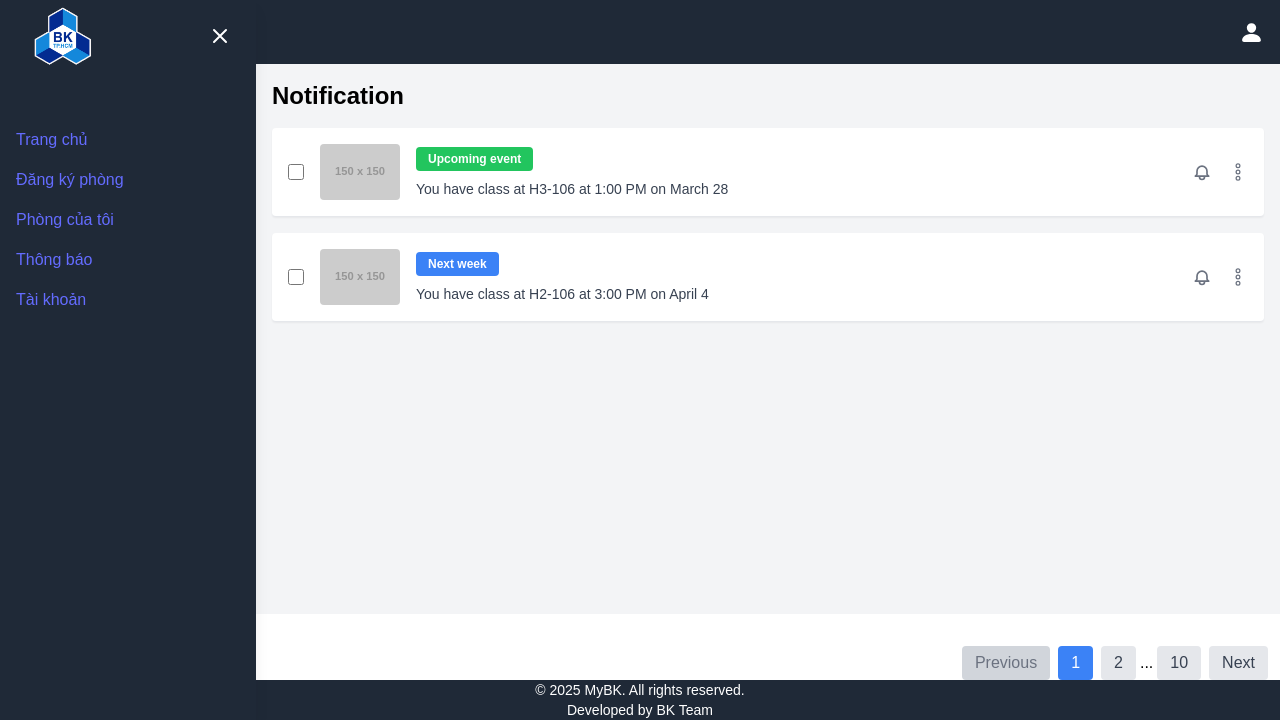
Repository: CNPM-S3MRS/frontend-web
Page: /notification
An editor plug-in stored every save of this project. The page is shown before and after the next save, followed by the edit.
The browser window is 1280 px wide. The pictures show the whole page.
The project was rebuilt for these pictures with package versions that can differ from the ones it lists, and the page was loaded fresh each time. Also part of the build but not shown: vite.config.js, src/pages/auth/Login.jsx.

Above is the page before, as saved 2025-04-09 03:20:27.

### src/App.jsx
import { BrowserRouter as Router, Routes, Route } from 'react-router-dom';
import Login from '@/pages/auth/Login';
import Notification from './pages/notification/notification';

function App() {
  return (
    <Router>
      <Routes>
        <Route path="/login" element={<Login />} />
        <Route path="/notification" element={<Notification />} /> {/* Add this route */}
        <Route path="/" element={<div>Trang chủ</div>} />
      </Routes>
    </Router>
  );
}

export default App;

### src/index.css
@tailwind base;
@tailwind components;
@tailwind utilities;


:root {
  font-family: system-ui, Avenir, Helvetica, Arial, sans-serif;
  line-height: 1.5;
  font-weight: 400;

  color-scheme: light dark;
  color: rgba(255, 255, 255, 0.87);
  background-color: #242424;

  font-synthesis: none;
  text-rendering: optimizeLegibility;
  -webkit-font-smoothing: antialiased;
  -moz-osx-font-smoothing: grayscale;
}

a {
  font-weight: 500;
  color: #646cff;
  text-decoration: inherit;
}
a:hover {
  color: #535bf2;
}

/* body {
  margin: 0;
  display: flex;
  place-items: center;
  min-width: 320px;
  min-height: 100vh;
} */

h1 {
  font-size: 3.2em;
  line-height: 1.1;
}

.header-button {
  background: none;
  border: none;
  color: inherit;
  cursor: pointer;
  padding: 0;
  display: inline-flex;
  align-items: center;
  justify-content: center;
}


.sidebar-button {
  background: none;
  border: none;
  color: inherit;
  cursor: pointer;
  padding: 0.5rem;
  display: inline-flex;
  align-items: center;
  justify-content: center;
}

.pagination {
  background-color: none;
}

button {
  border-radius: 8px;
  border: 1px solid transparent;
  padding: 0.6em 1.2em;
  font-size: 1em;
  font-weight: 500;
  font-family: inherit;
  background-color: #1a1a1a;
  cursor: pointer;
  transition: border-color 0.25s;
}
button:hover {
  border-color: #646cff;
}
button:focus,
button:focus-visible {
  outline: 4px auto -webkit-focus-ring-color;
}
h1 {
  font-size: 1.5rem;
  font-weight: bold;
  margin-bottom: 1rem;
}
body {
  font-family: Arial, sans-serif;
  background-color: #ffffff;
  color: #000000;
}

input[type="checkbox"] {
  width: 1rem;
  height: 1rem;
}

@media (prefers-color-scheme: light) {
  :root {
    color: #213547;
    background-color: #ffffff;
  }
  a:hover {
    color: #747bff;
  }
  button {
    background-color: #f9f9f9;
  }
}

### src/pages/notification/notification.jsx
import React, { useState } from "react";
import Sidebar from "../../components/bars/Sidebar";
import NotificationCard from "../../components/card/NotificationCard";
import Header from "../../components/header/Header";
import Footer from "../../components/footer/Footer";
import Pagination from "../../components/pagination/Pagination";

const Notification = () => {
  const [isSidebarOpen, setIsSidebarOpen] = useState(true); // Sidebar is visible by default
  const [currentPage, setCurrentPage] = useState(1);

  return (
    <div className="flex flex-col h-screen">
      {/* Header */}
      <Header isSidebarOpen={isSidebarOpen} setIsSidebarOpen={setIsSidebarOpen} />

      <div className="flex flex-grow">
        {/* Sidebar */}
        <Sidebar isSidebarOpen={isSidebarOpen} setIsSidebarOpen={setIsSidebarOpen} />

        {/* Main Content */}
        <div
          className={`flex-grow p-4 bg-gray-100 transition-all duration-300 ${
            isSidebarOpen ? "ml-64" : "ml-0"
          }`}
        >
          <h1 className="text-2xl font-bold mb-4">Notification</h1>

          {/* Example Notification Cards */}
          <NotificationCard
            image="https://via.placeholder.com/150"
            status="Upcoming event"
            statusColor="green"
            message="You have class at H3-106 at 1:00 PM on March 28"
          />
          <NotificationCard
            image="https://via.placeholder.com/150"
            status="Next week"
            statusColor="blue"
            message="You have class at H2-106 at 3:00 PM on April 4"
          />
        </div>
      </div>
      {/* Pagination */}
      <div className="flex justify-end px-2 mt-4">
          <Pagination
            currentPage={currentPage}
            totalPages={10}
            onPageChange={(page) => setCurrentPage(page)}
          />
      </div>
      {/* Footer */}
      <Footer />
    </div>
  );
};

export default Notification;

### src/components/bars/Sidebar.jsx
import React from "react";
import { NavLink } from "react-router-dom";
import LogoBK from "../../assets/LogoBK.jpg"; // Adjust the path as necessary
const Sidebar = ({ isSidebarOpen, setIsSidebarOpen }) => {
  return (
    <div
      className={`fixed inset-y-0 left-0 w-64 bg-gray-800 text-white shadow-lg z-50 transform ${
        isSidebarOpen ? "translate-x-0" : "-translate-x-full"
      } transition-transform duration-300`}
    >
      <div className="flex items-center content-center">
        <img src={LogoBK} alt="Logo" className="w-17 h-20 object-contain" />
      </div>
      {/* Close Button */}
      <button
        onClick={() => setIsSidebarOpen(false)}
        className="sidebar-button absolute top-4 right-4 text-white focus:outline-none"
        aria-label="Close Sidebar"
      >
        <svg
          xmlns="http://www.w3.org/2000/svg"
          width="24"
          height="24"
          fill="none"
          viewBox="0 0 24 24"
          stroke="currentColor"
        >
          <path
            strokeLinecap="round"
            strokeLinejoin="round"
            strokeWidth={2}
            d="M6 18L18 6M6 6l12 12"
          />
        </svg>
      </button>

      {/* Sidebar Links */}
      <ul className="mt-8 space-y-4 p-4">
        <li>
          <NavLink to="/" className="hover:text-gray-400">
            Trang chủ
          </NavLink>
        </li>
        <li>
          <NavLink to="/register-room" className="hover:text-gray-400">
            Đăng ký phòng
          </NavLink>
        </li>
        <li>
          <NavLink to="/my-rooms" className="hover:text-gray-400">
            Phòng của tôi
          </NavLink>
        </li>
        <li>
          <NavLink to="/notification" className="hover:text-gray-400">
            Thông báo
          </NavLink>
        </li>
        <li>
          <NavLink to="/account" className="hover:text-gray-400">
            Tài khoản
          </NavLink>
        </li>
      </ul>
    </div>
  );
};

export default Sidebar;

### src/components/card/NotificationCard.jsx
import React from "react";

const NotificationCard = ({ image, status, statusColor, message }) => {
  const statusColorClass = {
    green: "bg-green-500",
    blue: "bg-blue-500",
    red: "bg-red-500",
  };
  return (
    <div className="flex items-center justify-between w-full p-4 border-b bg-white shadow-sm rounded mb-4">
      {/* Left Section */}
      <div className="flex items-center space-x-4">
        {/* Checkbox */}
        <input type="checkbox" className="w-4 h-4" />

        {/* Image */}
        <img
          src={image}
          alt="Notification"
          className="w-20 h-14 object-cover rounded"
        />

        {/* Content */}
        <div>
          {/* Status Badge */}
          <span
            className={`inline-block px-3 py-1 text-xs font-semibold text-white rounded ${
              statusColorClass[statusColor] || "bg-gray-500"
            }`}
          >
            {status}
          </span>
          {/* Message */}
          <p className="text-sm text-gray-700 mt-2">{message}</p>
        </div>
      </div>

      {/* Right Section (Icons) */}
      <div className="flex items-center space-x-4">
        {/* Bell Icon */}
        <svg
          xmlns="http://www.w3.org/2000/svg"
          className="h-5 w-5 text-gray-500"
          fill="none"
          viewBox="0 0 24 24"
          stroke="currentColor"
        >
          <path
            strokeLinecap="round"
            strokeLinejoin="round"
            strokeWidth={2}
            d="M15 17h5l-1.405-1.405A2.032 2.032 0 0118 14.158V11a6 6 0 10-12 0v3.159c0 .538-.214 1.055-.595 1.436L4 17h5m6 0v1a3 3 0 11-6 0v-1m6 0H9"
          />
        </svg>

        {/* Three-Dot Icon */}
        <svg
          xmlns="http://www.w3.org/2000/svg"
          className="h-5 w-5 text-gray-500"
          fill="none"
          viewBox="0 0 16 16"
          stroke="currentColor"
        >
          <path
            strokeLinecap="round"
            strokeLinejoin="round"
            d="M9.5 13a1.5 1.5 0 1 1-3 0 1.5 1.5 0 0 1 3 0m0-5a1.5 1.5 0 1 1-3 0 1.5 1.5 0 0 1 3 0m0-5a1.5 1.5 0 1 1-3 0 1.5 1.5 0 0 1 3 0"
          />
        </svg>
      </div>
    </div>
  );
};

export default NotificationCard;

### src/components/header/Header.jsx
import React, { useState } from "react";
import { NavLink } from "react-router-dom";
import LogoBK from "../../assets/LogoBK.jpg"; // Adjust the path as necessary

const Header = ({ isSidebarOpen, setIsSidebarOpen }) => {
    return (
      <header className="flex items-center justify-between px-4 bg-gray-800 text-white">
        {/* Left Section: Hamburger Menu and Logo */}
        <div className="flex items-center space-x-2">
          {/* Hamburger Menu */}
          <button
            onClick={() => setIsSidebarOpen(!isSidebarOpen)}
            className="header-button focus:outline-none"
            aria-label="Toggle Sidebar"
          >
            <svg
              xmlns="http://www.w3.org/2000/svg"
              width="24"
              height="24"
              fill="currentColor"
              className="bi bi-list"
              viewBox="0 0 16 16"
            >
              <path
                fillRule="evenodd"
                d="M2.5 12a.5.5 0 0 1 .5-.5h10a.5.5 0 0 1 0 1H3a.5.5 0 0 1-.5-.5m0-4a.5.5 0 0 1 .5-.5h10a.5.5 0 0 1 0 1H3a.5.5 0 0 1-.5-.5m0-4a.5.5 0 0 1 .5-.5h10a.5.5 0 0 1 0 1H3a.5.5 0 0 1-.5-.5"
              />
            </svg>
          </button>

          {/* Logo */}
          <img src={LogoBK} alt="Logo" className="w-17 h-16 object-contain" />


        </div>
        {/* Account */}
        <button
            className="header-button focus:outline-none"
            aria-label="Login"
            onClick={() =>
                (window.location.href =
                  "https://sso.hcmut.edu.vn/cas/login?service=https://mybk.hcmut.edu.vn/my/homeSSO.action")
            }
        >
            <svg
            xmlns="http://www.w3.org/2000/svg"
            width="25"
            height="25"
            fill="currentColor"
            className="bi bi-person-circle"
            viewBox="0 0 16 16"
            >
            <path d="M3 14s-1 0-1-1 1-4 6-4 6 3 6 4-1 1-1 1zm5-6a3 3 0 1 0 0-6 3 3 0 0 0 0 6" />

            <path d="M8 8a2 2 0 1 0 0-4 2 2 0 0 0 0 4z" />
            <path
                fillRule="evenodd"
                d="M8 9a3 3 0 0 0-2.83 2h5.66A3 3 0 0 0 8 9z"
            />
            </svg>
        </button>
      </header>
    );
  };

  export default Header;

### src/components/footer/Footer.jsx
import React from "react";

const Footer = () => {
    return(
        <footer className="bg-gray-800 text-white">

            <div className="container mx-auto text-center">
                <p className="text-sm">&copy; {new Date().getFullYear()} MyBK. All rights reserved.</p>
                <p className="text-sm">Developed by BK Team</p>
            </div>
        </footer>
    );
};

export default Footer;

### src/components/pagination/Pagination.jsx
import React from "react";

const Pagination = ({ currentPage, totalPages, onPageChange }) => {
  const handlePrevious = () => {
    if (currentPage > 1) {
      onPageChange(currentPage - 1);
    }
  };

  const handleNext = () => {
    if (currentPage < totalPages) {
      onPageChange(currentPage + 1);
    }
  };

  const renderPageNumbers = () => {
    const pageNumbers = [];
    const maxVisiblePages = 5; // Maximum number of visible pages

    if (totalPages <= maxVisiblePages) {
      // Show all pages if total pages are less than or equal to maxVisiblePages
      for (let i = 1; i <= totalPages; i++) {
        pageNumbers.push(renderPageButton(i));
      }
    } else {
      // Show the first page only if currentPage <= 5
      if (currentPage <= 5) {
        pageNumbers.push(renderPageButton(1));
      }

      // Add ellipsis if currentPage > 5
      if (currentPage > 5) {
        pageNumbers.push(<span key="start-ellipsis">...</span>);
      }

      // Show current page and its neighbors
      const startPage = Math.max(2, currentPage - 1);
      const endPage = Math.min(totalPages - 1, currentPage + 1);
      for (let i = startPage; i <= endPage; i++) {
        pageNumbers.push(renderPageButton(i));
      }

      // Add ellipsis if currentPage < totalPages - 2
      if (currentPage < totalPages - 2) {
        pageNumbers.push(<span key="end-ellipsis">...</span>);
      }

      // Always show the last page
      pageNumbers.push(renderPageButton(totalPages));
    }

    return pageNumbers;
  };

  const renderPageButton = (page) => (
    <button
      key={page}
      onClick={() => onPageChange(page)}
      className={`px-3 py-1 mx-1 rounded ${
        page === currentPage
          ? "bg-blue-500 text-white"
          : "bg-gray-200 text-gray-700 hover:bg-gray-300"
      }`}
    >
      {page}
    </button>
  );

  return (
    <div className="pagination flex items-center justify-center mt-4">
      {/* Previous Button */}
      <button
        onClick={handlePrevious}
        disabled={currentPage === 1}
        className={`px-3 py-1 mx-1 rounded ${
          currentPage === 1
            ? "bg-gray-300 text-gray-500 cursor-not-allowed"
            : "bg-gray-200 text-gray-700 hover:bg-gray-300"
        }`}
      >
        Previous
      </button>

      {/* Page Numbers */}
      {renderPageNumbers()}

      {/* Next Button */}
      <button
        onClick={handleNext}
        disabled={currentPage === totalPages}
        className={`px-3 py-1 mx-1 rounded ${
          currentPage === totalPages
            ? "bg-gray-300 text-gray-500 cursor-not-allowed"
            : "bg-gray-200 text-gray-700 hover:bg-gray-300"
        }`}
      >
        Next
      </button>
    </div>
  );
};

export default Pagination;

### tailwind.config.js
/** @type {import('tailwindcss').Config} */
module.exports = {
  content: ["./src/**/*.{js,jsx,ts,tsx}"], // Include all source files
  theme: {
    extend: {},
  },
  plugins: [],
};

Loaded but not shown: index.html (common file); src/main.jsx (common file)

After the next save:
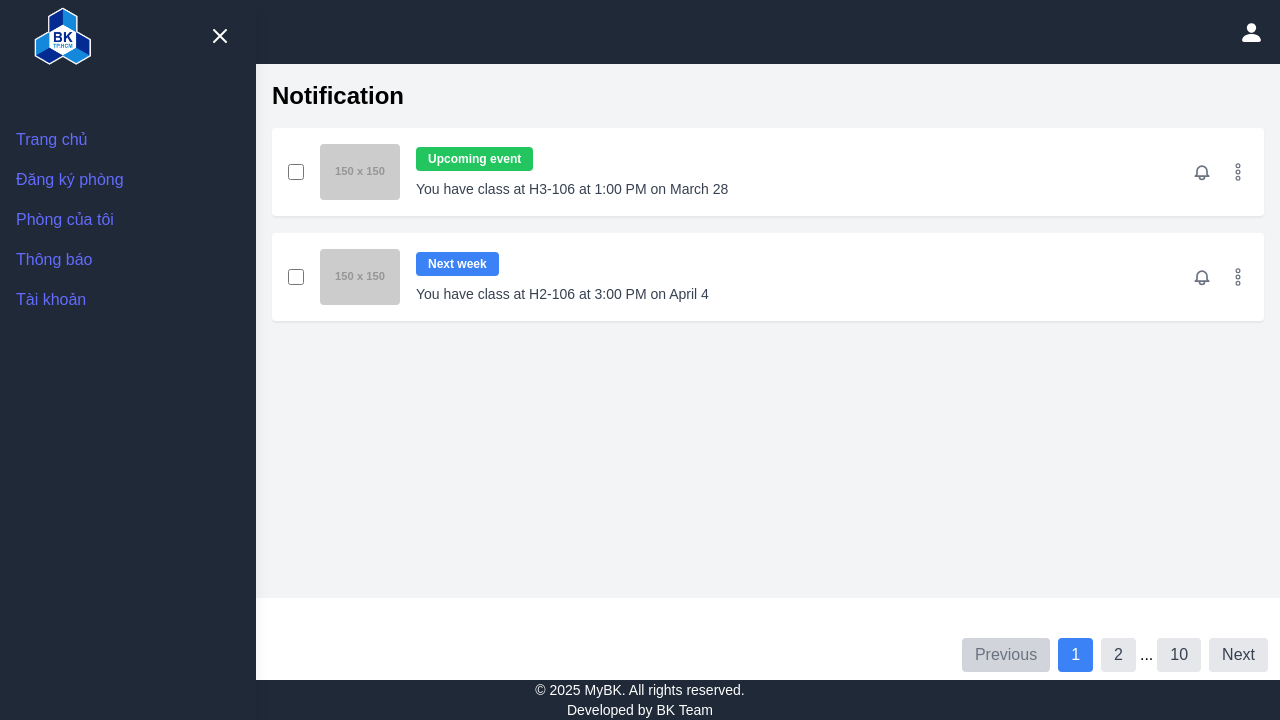
Saved 9 s later.
--- a/src/pages/notification/notification.jsx
+++ b/src/pages/notification/notification.jsx
@@ -42,7 +42,7 @@
         </div>
       </div>
       {/* Pagination */}
-      <div className="flex justify-end px-2 mt-4">
+      <div className="flex justify-end px-2 py-2 mt-4">
           <Pagination
             currentPage={currentPage}
             totalPages={10}
